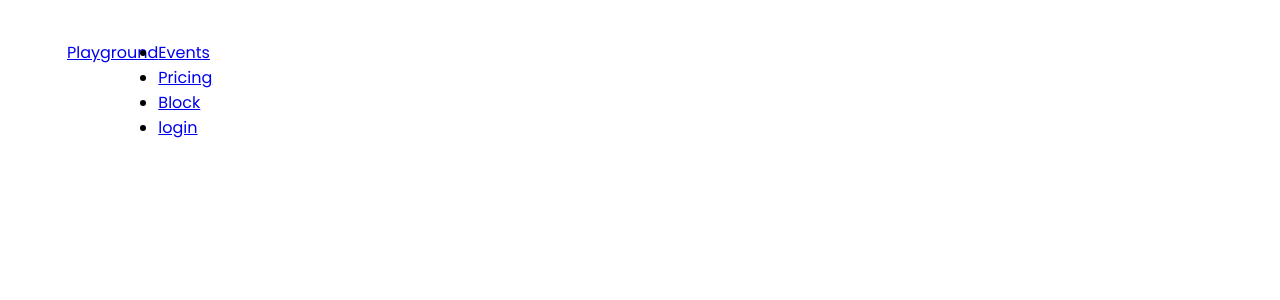
Repository: tuanpham-aptech/front-end
Page: psdtohtml/playgroud/index.html
An editor plug-in stored every save of this project. The page is shown before and after a run of saves, followed by the edit.
The browser window is 1280 px wide. The pictures show the whole page.
Some web libraries are served in a nearby version.

Above is the page before, as saved 2021-10-13 17:00:01.

### psdtohtml/playgroud/index.html
<!DOCTYPE html>
<html lang="en">
<head>
    <meta charset="UTF-8">
    <meta http-equiv="X-UA-Compatible" content="IE=edge">
    <meta name="viewport" content="width=device-width, initial-scale=1.0">
    <title>PlayGround</title>
    <link rel="preconnect" href="https://fonts.googleapis.com">
<link rel="preconnect" href="https://fonts.gstatic.com" crossorigin>
<link href="https://fonts.googleapis.com/css2?family=Poppins:wght@400;700;900&display=swap" rel="stylesheet">
<link rel="stylesheet" href="https://pro.fontawesome.com/releases/v5.10.0/css/all.css" integrity="sha384-AYmEC3Yw5cVb3ZcuHtOA93w35dYTsvhLPVnYs9eStHfGJvOvKxVfELGroGkvsg+p" crossorigin="anonymous"/>
<link rel="stylesheet" href="./assets/css/style.css">
</head>
<body>
    <div class="wrapper">
        <div class="header">
            <div class="container header__inner">
                <a href="#" class="logo">
                    <span class="logo__text">Play</span>ground
                </a>
                <nav class="header__menu">
                    <ul class="header__menu-list">
                        <li class="header__menu-item">
                            <a href="#" class="header__menu-link">
                                Events
                            </a>
                        </li>
                        <li class="header__menu-item">
                            <a href="#" class="header__menu-link">
                                Pricing
                            </a>
                        </li>
                        <li class="header__menu-item">
                            <a href="#" class="header__menu-link">
                                Block
                            </a>
                        </li>
                        <li class="header__menu-item">
                            <a href="#" class="header__menu-link header__login">
                                login
                            </a>
                        </li>
                    </ul>
                </nav>
            </div>
        </div>
    </div>
</body>
</html>

### psdtohtml/playgroud/assets/css/style.css
* {
    box-sizing: border-box;
    padding: 0;
    margin: 0;
    -webkit-box-sizing: border-box;
}
:root {
    --primary-color: #ffc87a;
    --text-color: #1a2b5f;
}
body {
    font-family: 'Poppins', sans-serif;
}
.wrapper {
    max-width: 1440px;
    margin: 0 auto;
}

.container {
    max-width: 1210px;
    padding-left: 2rem;
    padding-right: 2rem;
    margin: 0 auto;
}

.header {
    padding-top: 40px;
}

.header__inner {
    display: flex;
    justify-content: ;
}

After the next 4 saves:
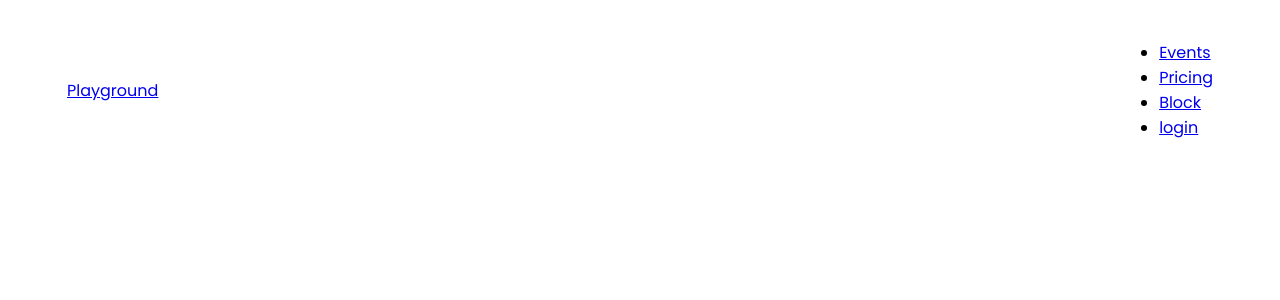
The 4 saves are shown as one change because they came seconds apart.
The last was saved 11 s later.
--- a/psdtohtml/playgroud/assets/css/style.css
+++ b/psdtohtml/playgroud/assets/css/style.css
@@ -29,5 +29,6 @@
 
 .header__inner {
     display: flex;
-    justify-content: ;
+    justify-content: space-between;
+    align-items: center;
 }
